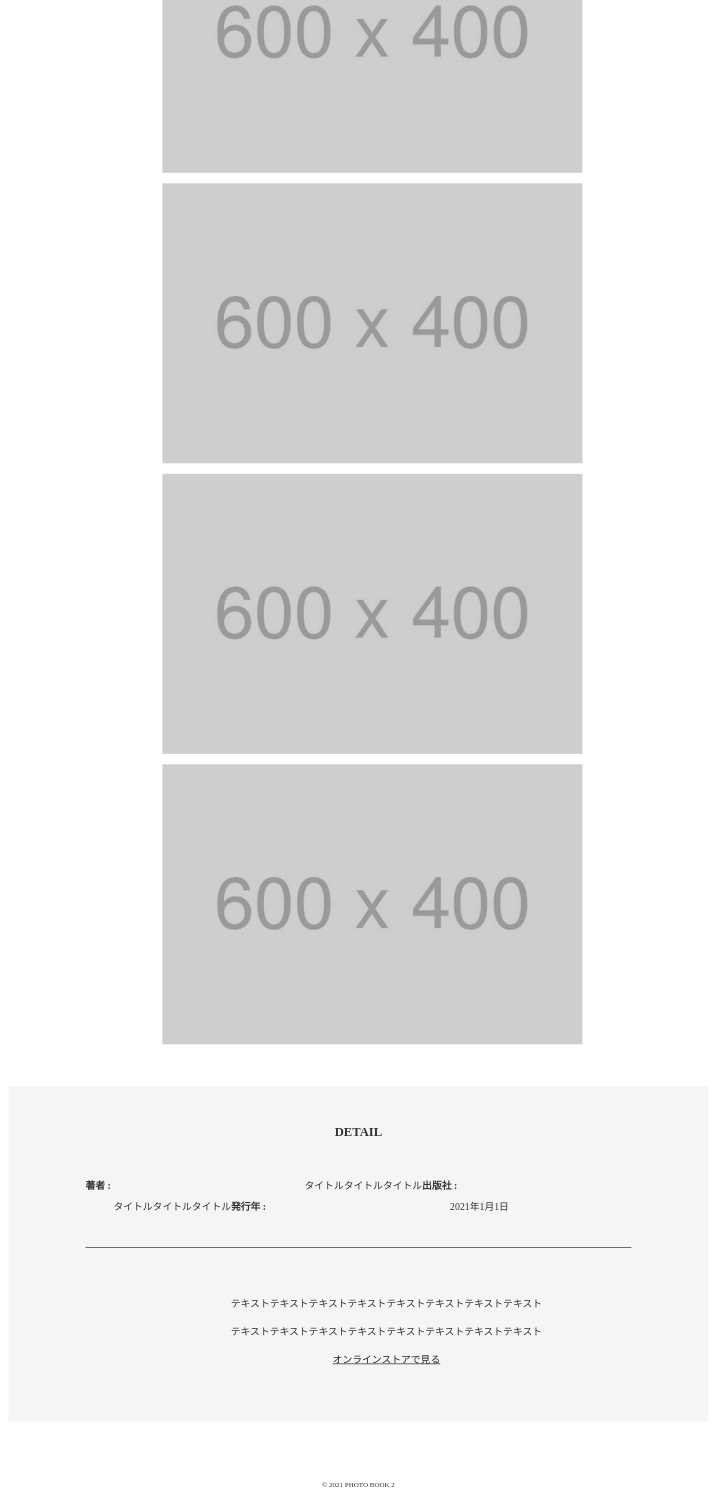
Repository: Fuki-san/photo-book-2
Page: http://localhost/photobook
An editor plug-in stored every save of this project. The page is shown before and after the next save, followed by the edit.
The browser window is 1024 px wide. The pictures show the part of the page from y = 1157 to 3397 px (the page is 3317 px tall before and 3397 px after), at 70% of full size.
The page is served by the project's Laravel application, run on PHP 8.4 with Laravel 10.

Above is the page before, as saved 2023-12-01 15:15:17.

After the next save:
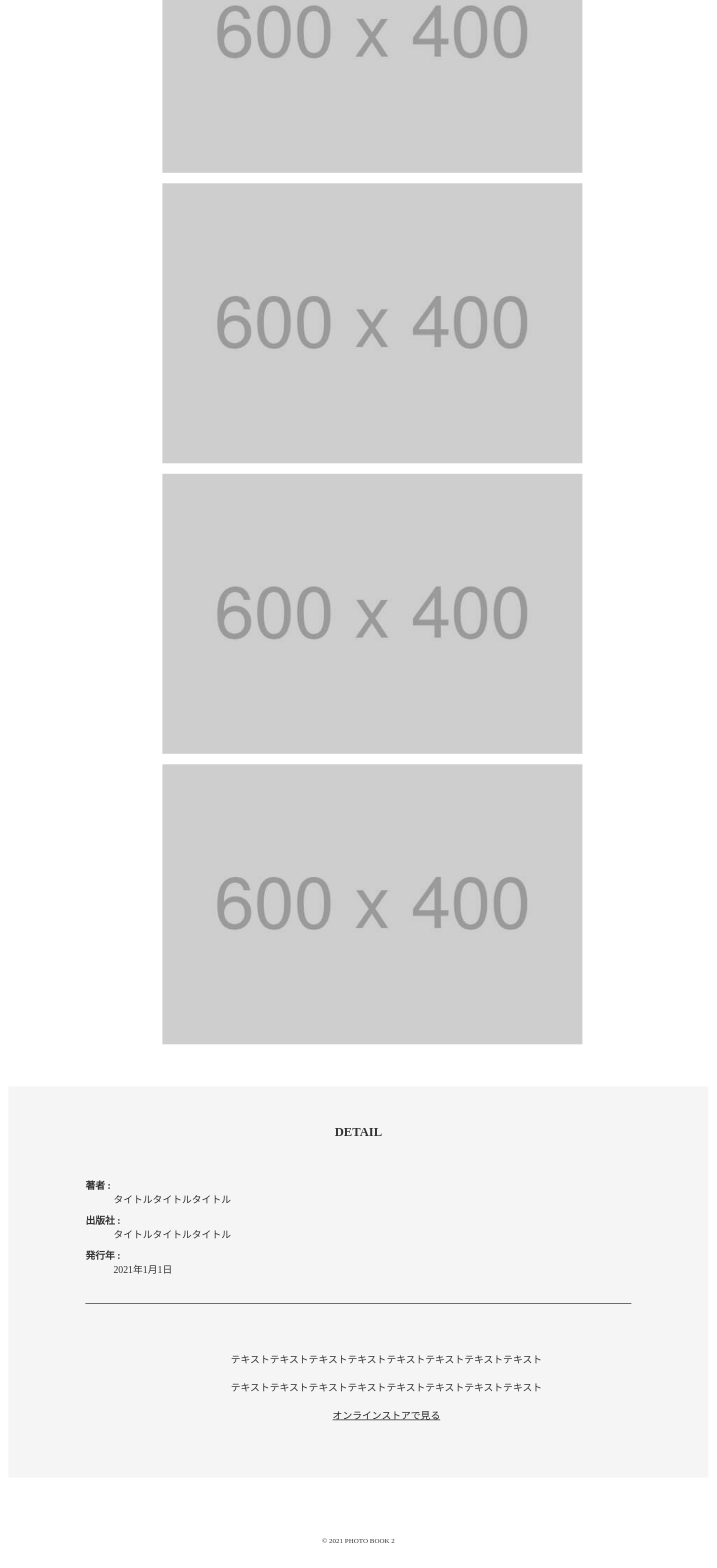
Saved 4 s later.
--- a/public/css/style.css
+++ b/public/css/style.css
@@ -193,7 +193,7 @@ ul {
         width: 35%;
     }
     #detail dd{
-        width: ;
+        width: 65%;
     }
     #detail .text{
         text-align: center;
